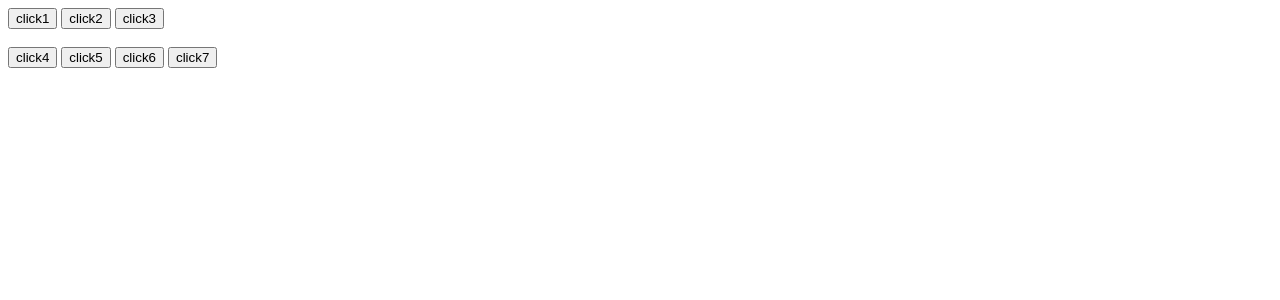
Repository: hong-bi/JsonStudy
Page: JsonApp01/WebContent/JsonTest11.html
The author's editor kept a copy of each file at every save. The page is drawn from the files as they stood at one save, then again after the next save.
The browser window is 1280 px wide. The pictures show the whole page.

Above is the page before, as saved 2019-06-03 00:09:49.

### JsonApp01/WebContent/JsonTest11.html
<meta charset="UTF-8">
<script type="text/javascript">

	var obj7=
	{
		"test" :
		[
			"ccc" , "ddd"
		],
		"exam" :
		[
			"kkk","ppp"
		]

	}

</script>

<form>

	<input type="button" value="click1" onclick="alert(typeof obj7)">
	<input type="button" value="click2" onclick="alert(typeof obj7.test)">
	<input type="button" value="click3" onclick="alert(typeof obj7.exam)">
	<!-- object object object -->

	<br><br>

	<input type="button" value="click4" onclick="alert(obj7.test[0])">
	<input type="button" value="click5" onclick="alert(obj7.test[1])">
	<input type="button" value="click6" onclick="alert(obj7.exam[0])">
	<input type="button" value="click7" onclick="alert(obj7.exam[1])">
	<!-- ccc,ddd,kkk,ppp -->

	<br><br>




</form>

After the next save:
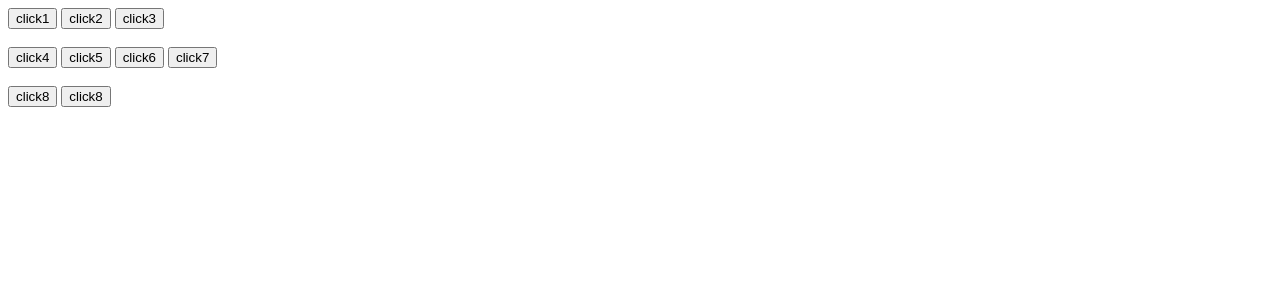
Console error (its wording comes from the project's code and is left out).
Saved 74 s later.
--- a/JsonApp01/WebContent/JsonTest11.html
+++ b/JsonApp01/WebContent/JsonTest11.html
@@ -33,6 +33,10 @@
 
 	<br><br>
 
+	<input type="button" value="click8" onclick="alert(obj7.[0][0])">
+	<input type="button" value="click8" onclick="alert(obj7.[1][1])">
+
+
 
 
 
